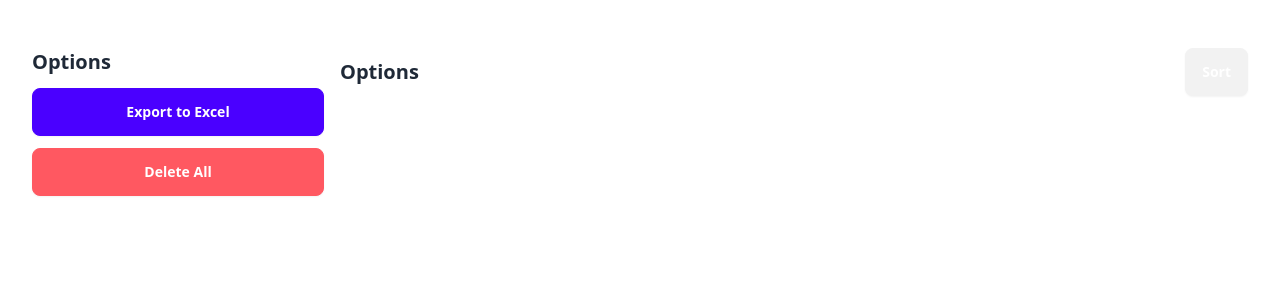
Repository: khulqu15/khafsin_server
Page: http://localhost/
The author's editor kept a copy of each file at every save. The page is drawn from the files as they stood at one save, then again after the next save.
The browser window is 1280 px wide. The pictures show the whole page.
Some web libraries are served in a nearby version. The page is served by the project's Laravel application, run on PHP 8.4 with Laravel 12. Other server files are loaded and not shown. Queries for data that is not in the repository find no rows.

Above is the page before, as saved 2024-10-25 02:54:49.

### routes/web.php
<?php

use App\Http\Controllers\ImuController;
use Illuminate\Support\Facades\Route;

Route::get('/', [ImuController::class, 'home']);

### app/Http/Controllers/ImuController.php
<?php

namespace App\Http\Controllers;

use App\Models\Imu;
use Exception;
use Illuminate\Database\Eloquent\ModelNotFoundException;
use Illuminate\Http\Request;
use Illuminate\Support\Carbon;

class ImuController extends Controller
{

    public function home(Request $request) {
        $query = Imu::query();
        if ($request->has(['start_date', 'end_date'])) {
            $start_date = Carbon::parse($request->input('start_date'))->startOfDay();
            $end_date = Carbon::parse($request->input('end_date'))->endOfDay();
            $query->whereBetween('created_at', [$start_date, $end_date]);
        }
        $imus = $query->orderBy('created_at', 'desc')->get();
        return view('welcome')->with('imus', $imus);
    }

    /**
     * Display a listing of the resource.
     */
    public function index(Request $request)
    {
        try {
            $query = Imu::query();

            if ($request->has(['start_date', 'end_date'])) {
                $start_date = Carbon::parse($request->input('start_date'))->startOfDay();
                $end_date = Carbon::parse($request->input('end_date'))->endOfDay();
                $query->whereBetween('created_at', [$start_date, $end_date]);
            }
            $imus = $query->orderBy('created_at', 'desc')->get();
            return response()->json($imus);

        } catch (Exception $e) {
            return $this->handleException($e);
        }
    }

    /**
     * Store a newly created resource in storage.
     */
    public function store(Request $request)
    {
        try {
            $validatedData = $request->validate([
                'x' => 'required|numeric',
                'y' => 'required|numeric',
                'z' => 'required|numeric',
                'location' => 'nullable|string',
                'status' => 'nullable|string',
                'description' => 'nullable|string',
                'lat' => 'nullable|numeric',
                'lon' => 'nullable|numeric',
                'alt' => 'nullable|numeric',
            ]);

            $imu = Imu::create($validatedData);

            return response()->json($imu, 201);

        } catch (Exception $e) {
            return $this->handleException($e);
        }
    }

    /**
     * Display the specified resource.
     */
    public function show(string $id)
    {
        try {
            $imu = Imu::findOrFail($id);
            return response()->json($imu);

        } catch (ModelNotFoundException $e) {
            return $this->handleException($e);

        } catch (Exception $e) {
            return $this->handleException($e);
        }
    }

    /**
     * Update the specified resource in storage.
     */
    public function update(Request $request, string $id)
    {
        try {
            $imu = Imu::findOrFail($id);

            $validatedData = $request->validate([
                'x' => 'required|numeric',
                'y' => 'required|numeric',
                'z' => 'required|numeric',
                'location' => 'nullable|string',
                'status' => 'nullable|string',
                'description' => 'nullable|string',
                'lat' => 'nullable|numeric',
                'lon' => 'nullable|numeric',
                'alt' => 'nullable|numeric',
            ]);

            $imu->update($validatedData);

            return response()->json($imu);

        } catch (ModelNotFoundException $e) {
            return $this->handleException($e);

        } catch (Exception $e) {
            return $this->handleException($e);
        }
    }

    /**
     * Remove the specified resource from storage.
     */
    public function destroy(string $id)
    {
        try {
            $imu = Imu::findOrFail($id);
            $imu->delete();
            return response()->json(['message' => 'IMU record deleted successfully']);

        } catch (ModelNotFoundException $e) {
            return $this->handleException($e);

        } catch (Exception $e) {
            return $this->handleException($e);
        }
    }
}

### app/Http/Controllers/Controller.php
<?php

namespace App\Http\Controllers;

use Exception;
use Illuminate\Http\JsonResponse;
use Illuminate\Http\Response;

abstract class Controller
{
    protected function handleException(Exception $e): JsonResponse
    {
        return response()->json([
            'error' => true,
            'message' => $e->getMessage(),
            'code' => $e->getCode(),
        ], $e instanceof \Illuminate\Database\Eloquent\ModelNotFoundException ? Response::HTTP_NOT_FOUND : Response::HTTP_INTERNAL_SERVER_ERROR);
    }
}

### app/Models/Imu.php
<?php

namespace App\Models;

use Illuminate\Database\Eloquent\Model;

class Imu extends Model
{
    protected $table = 'imus';
    protected $primaryKey = 'id';

    protected $fillable = [
        'x',
        'y',
        'z',
        'location',
        'status',
        'description',
        'lat',
        'lon',
        'alt',
    ];
}

### resources/views/welcome.blade.php
<!DOCTYPE html>
<html lang="{{ str_replace('_', '-', app()->getLocale()) }}">
    <head>
        <meta charset="utf-8">
        <meta name="viewport" content="width=device-width, initial-scale=1">

        <title>Khafsin App</title>

        <link href="https://cdn.jsdelivr.net/npm/daisyui@4.12.13/dist/full.min.css" rel="stylesheet" type="text/css" />
        <script src="https://cdn.tailwindcss.com"></script>
    </head>
    <body>
        <div class="container mx-auto w-full min-h-screen py-12 px-8">
            <div class="w-full grid grid-cols-8 gap-4">
                <div class="md:col-span-2 col-span-8 space-y-3">
                    <h2 class="text-xl font-bold">Options</h2>
                    <button class="btn btn-primary w-full text-white">Export to Excel</button>
                    <button class="btn btn-error w-full text-white">Delete All</button>
                </div>
                <div class="md:col-span-6 col-span-8">
                    <div class="flex items-center justify-between">
                        <h2 class="text-xl font-bold">Options</h2>
                        <button class="btn btn-base-200 text-white">Sort</button>
                    </div>
                    <div class="h-[80vh] w-full overflow-auto"></div>
                </div>
            </div>
        </div>
    </body>
</html>

After the next save:
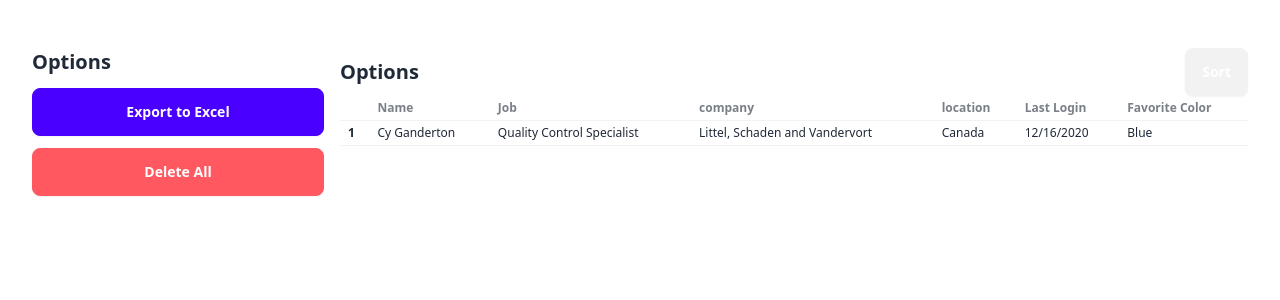
Saved 51 s later.
--- a/resources/views/welcome.blade.php
+++ b/resources/views/welcome.blade.php
@@ -22,7 +22,32 @@
                         <h2 class="text-xl font-bold">Options</h2>
                         <button class="btn btn-base-200 text-white">Sort</button>
                     </div>
-                    <div class="h-[80vh] w-full overflow-auto"></div>
+                    <div class="h-[80vh] w-full overflow-auto">
+                        <table class="table table-xs">
+                            <thead>
+                              <tr>
+                                <th></th>
+                                <th>Name</th>
+                                <th>Job</th>
+                                <th>company</th>
+                                <th>location</th>
+                                <th>Last Login</th>
+                                <th>Favorite Color</th>
+                              </tr>
+                            </thead>
+                            <tbody>
+                              <tr>
+                                <th>1</th>
+                                <td>Cy Ganderton</td>
+                                <td>Quality Control Specialist</td>
+                                <td>Littel, Schaden and Vandervort</td>
+                                <td>Canada</td>
+                                <td>12/16/2020</td>
+                                <td>Blue</td>
+                              </tr>
+                            </tbody>
+                        </table>
+                    </div>
                 </div>
             </div>
         </div>
